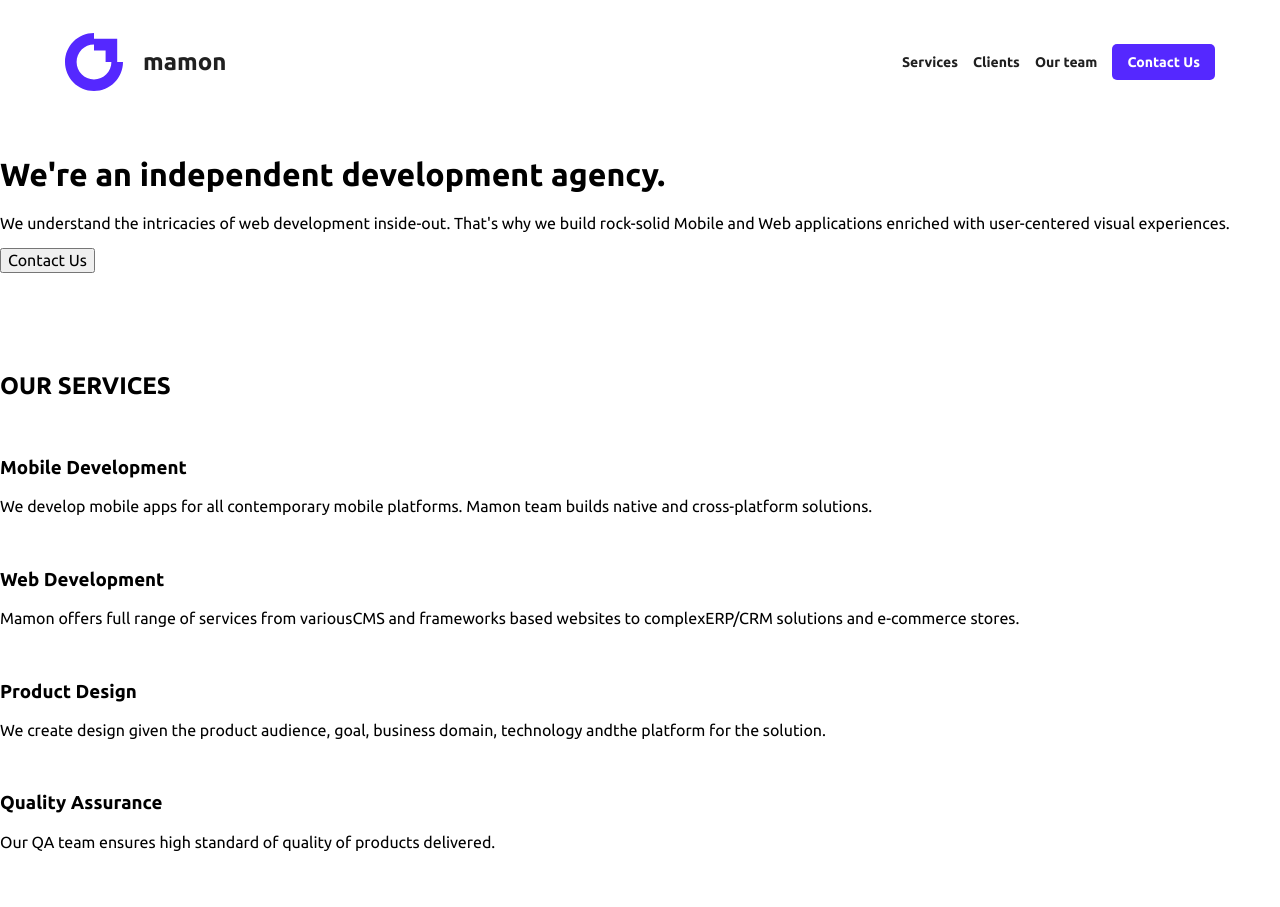
Repository: Vitalii23081984/testHGC
Page: index.html
These files come from the project's save history. The page is drawn as it stood at one moment and after the next save; the edit follows.
The browser window is 1280 px wide. The pictures show the whole page.

Above is the page before, as saved 2022-11-20 11:54:01.

### index.html
<!DOCTYPE html>
<html lang="en">
<head>
    <meta charset="UTF-8">
    <meta http-equiv="X-UA-Compatible" content="IE=edge">
    <meta name="viewport" content="width=device-width, initial-scale=1.0">
    <title>Mamon</title>
    <link href="https://fonts.googleapis.com/css2?family=Ubuntu:wght@300;400;700&display=swap" rel="stylesheet">
    <link rel="stylesheet" href="https://cdnjs.cloudflare.com/ajax/libs/normalize/8.0.1/normalize.css">
    <link rel="stylesheet" href="css/style.css">
</head>
<body>
    <header>
        <div class="header">
            <a href="" class="logo">
                <span class="logo_img"></span>
                <span class="logo_text">mamon</span></a>
            <nav>
                <ul class="nav">
                    <li><a href="">Services</a></li>
                    <li><a href="">Clients</a></li>
                    <li><a href="">Our team</a></li>
                    <li><button class="nav_btn" type="button">Contact Us</button></li>
                </ul>
            </nav>
        </div>

    </header>
    <div class="page">
        <div class="wrap">
            <h1>We're an independent development agency.</h1>
            <p>We understand the intricacies of web development inside-out. That's why we build rock-solid Mobile and Web applications enriched with user-centered visual experiences.</p>
            <button type="button">Contact Us</button>
        </div>
    </div>
    <div class="page">
        <div class="wrap">
            <h2>OUR SERVICES</h2>
            <div class="services">
                <div class="service-item">
                    <img src="" alt="">
                    <div>
                        <h3>Mobile Development</h3>
                        <p>We develop mobile apps for all contemporary mobile platforms. Mamon team builds native and cross-platform solutions.</p>
                    </div>
                </div>
                <div class="service-item">
                    <img src="" alt="">
                    <div>
                        <h3>Web Development</h3>
                        <p>Mamon offers full range of services from variousCMS and frameworks based websites to complexERP/CRM solutions and e-commerce stores.</p>
                    </div>
                </div>
                <div class="service-item">
                    <img src="" alt="">
                    <div>
                        <h3>Product Design</h3>
                        <p>We create design given the product audience, goal, business domain, technology andthe platform for the solution.</p>
                    </div>
                </div>
                <div class="service-item">
                    <img src="" alt="">
                    <div>
                        <h3>Quality Assurance</h3>
                        <p> Our QA team ensures high standard of quality of products delivered.</p>
                    </div>
                </div>

            </div>
        </div>

    </div>

</body>
</html>

### css/style.css
body {
    font-family: 'Ubuntu', sans-serif;

}
.header {
    width: 100%;
    max-width: 1180px;
    margin: 0 auto;
    padding-left: 15px;
    padding-right: 15px;
    padding-top: 30px;
    display: flex;
    justify-content: space-between;
    align-items: center;
    box-sizing: border-box;
    font-weight: 700;
}
.nav {
    list-style-type: none;
    display: flex;
    justify-content: flex-start;
    align-items: center;
    font-size: 14px;

}
.nav>li {
    margin-left: 15px;
}
.nav>li>a {
    text-decoration: none;
    color: #202020;
}
.nav_btn {
    background-color: #5528FF;
    border-radius: 5px;
    padding: 10px 15px;
    color: white;
    border: none;
    font-weight: 700;
}
.logo {
    display: flex;
    align-items: center;
    text-decoration: none;
}
.logo_img {
    display: block;
    width: 58px;
    height: 58px;
    background-image: url(../img/logo.svg);
    margin-right: 20px;
}
.logo_text {
    font-size: 24px;
    color: #202020;

}
.page {
    padding-top: 40px;
    padding-bottom: 40px;
}
.page-top {
    border-top: 1px solid #795252;
}

After the next save:
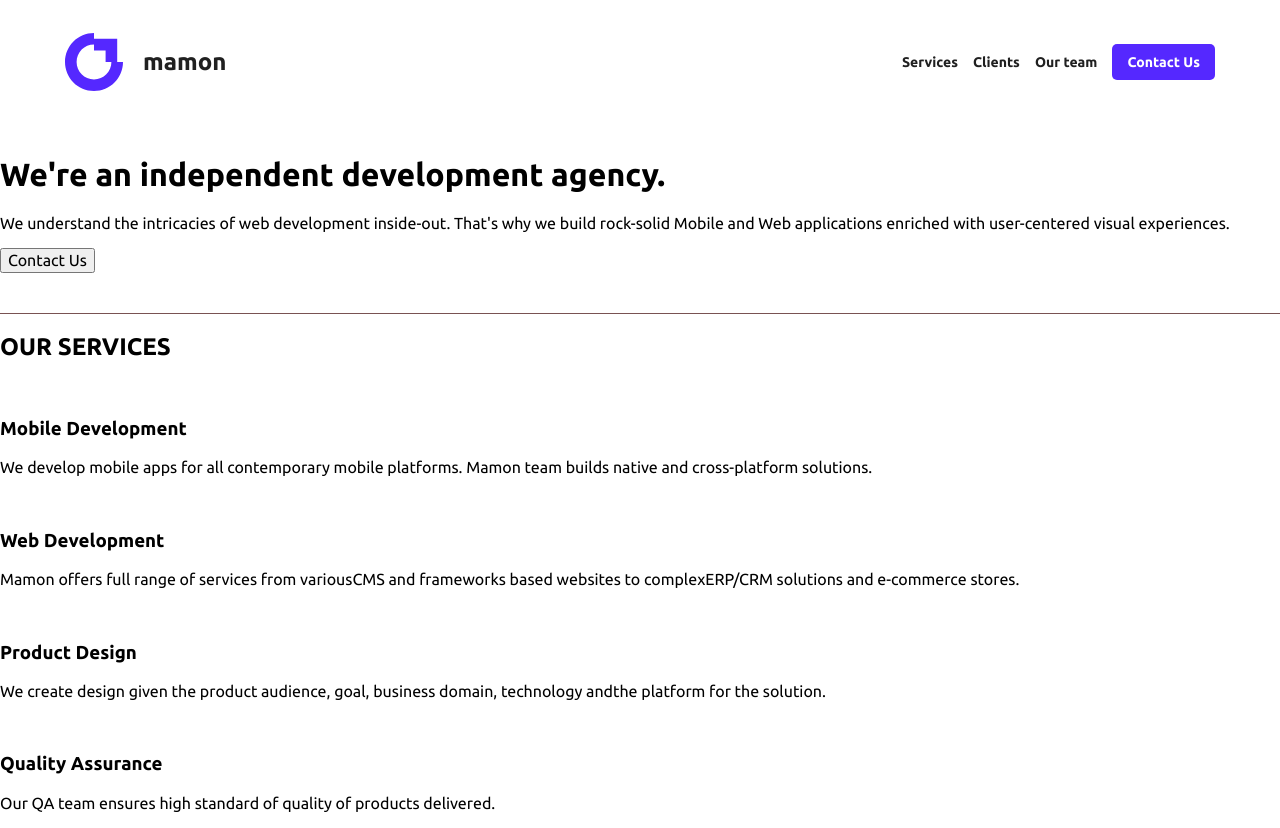
Saved 3 min 4 s later.
--- a/index.html
+++ b/index.html
@@ -33,7 +33,7 @@
             <button type="button">Contact Us</button>
         </div>
     </div>
-    <div class="page">
+    <div class="page-top">
         <div class="wrap">
             <h2>OUR SERVICES</h2>
             <div class="services">
